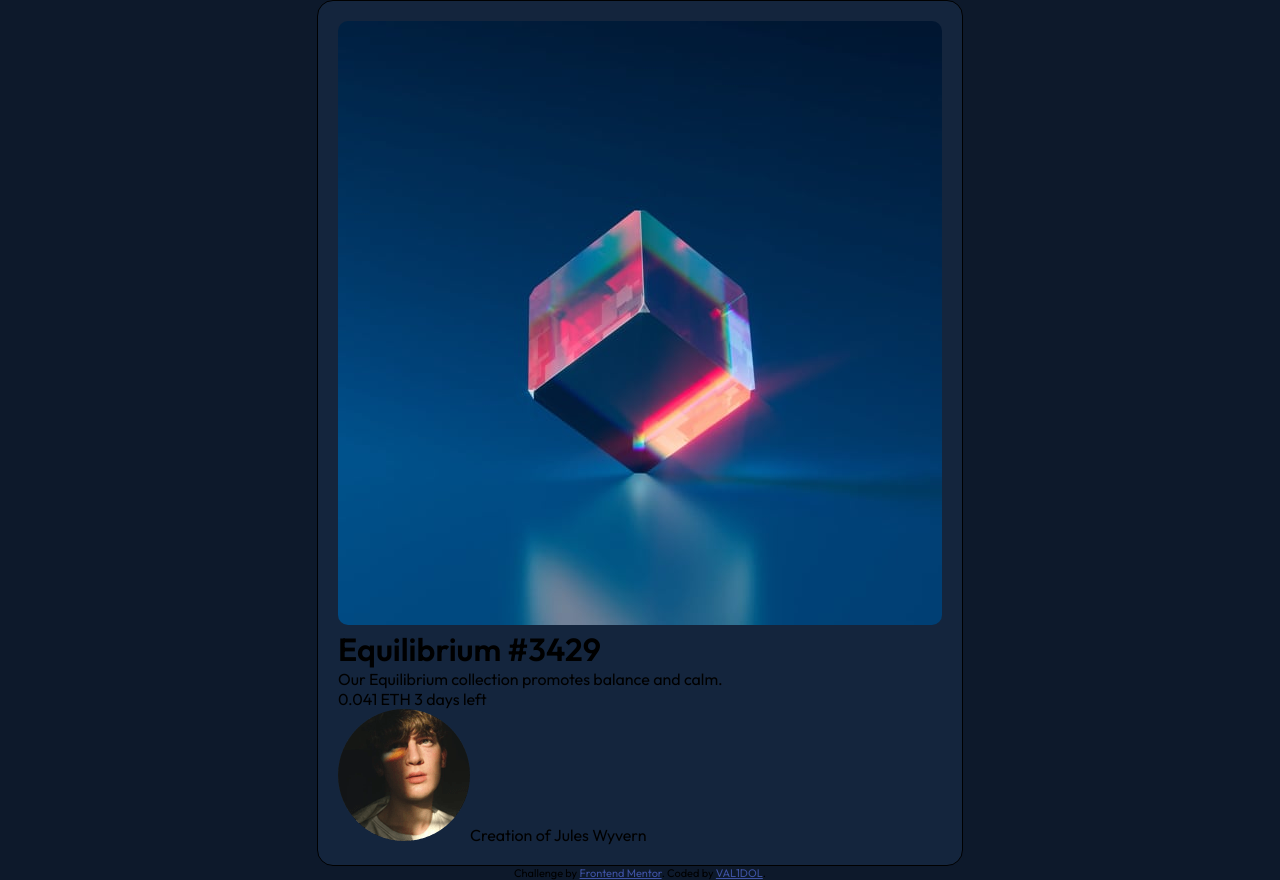
Repository: VAL1DOL-web/fm-NFT-preview-card-component
Page: index.html
An editor plug-in stored every save of this project. The page is shown before and after the next save, followed by the edit.
The browser window is 1280 px wide. The pictures show the whole page.

Above is the page before, as saved 2024-01-07 15:06:50.

### index.html
<!DOCTYPE html>
<html lang="en">
<head>
  <meta charset="UTF-8">
  <meta name="viewport" content="width=device-width, initial-scale=1.0"> <!-- displays site properly based on user's device -->

  <link rel="icon" type="image/png" sizes="32x32" href="./images/favicon-32x32.png">
  <link rel="stylesheet" href="style.css">

  <title>NFT preview card component</title>

  <!-- Feel free to remove these styles or customise in your own stylesheet 👍 -->
  <style>
    .attribution { font-size: 11px; text-align: center; }
    .attribution a { color: hsl(228, 45%, 44%); }
  </style>
</head>
<body>
  <div class="container">
    <div class="imgbox">
      <img src="images/image-equilibrium.jpg" alt="">
    </div>
    <div class="textbox">
      <h1>Equilibrium #3429</h1>
    <p>Our Equilibrium collection promotes balance and calm.</p>
    0.041 ETH
    3 days left
    </div>
    <p class="avatar">
      <img src="/images/image-avatar.png" alt="" />Creation of Jules Wyvern
    </p>
  </div>
  <div class="attribution">
    Challenge by <a href="https://www.frontendmentor.io?ref=challenge" target="_blank">Frontend Mentor</a>.
    Coded by <a href="https://github.com/VAL1DOL-web">VAL1DOL</a>.
  </div>
</body>
</html>

### style.css
@import url('https://fonts.googleapis.com/css2?family=Outfit:wght@300;400;600&display=swap');

* {
    font-family: 'Outfit', sans-serif;
    margin: 0;
    padding: 0;
    box-sizing: border-box;
  }

body {
    width: 100%;
    min-height: 100vh;
    display: flex;
    flex-direction: column;
    justify-content: center;
    align-items: center;
    background: hsl(217, 54%, 11%);
  }
  .container {

    background-color: hsl(216, 50%, 16%);
    border-radius: 16px;
    border: 1px solid;
    padding: 20px;
  }

  .container .imgbox img {
    width: 100%;
    border-radius: 10px;
  }

After the next save:
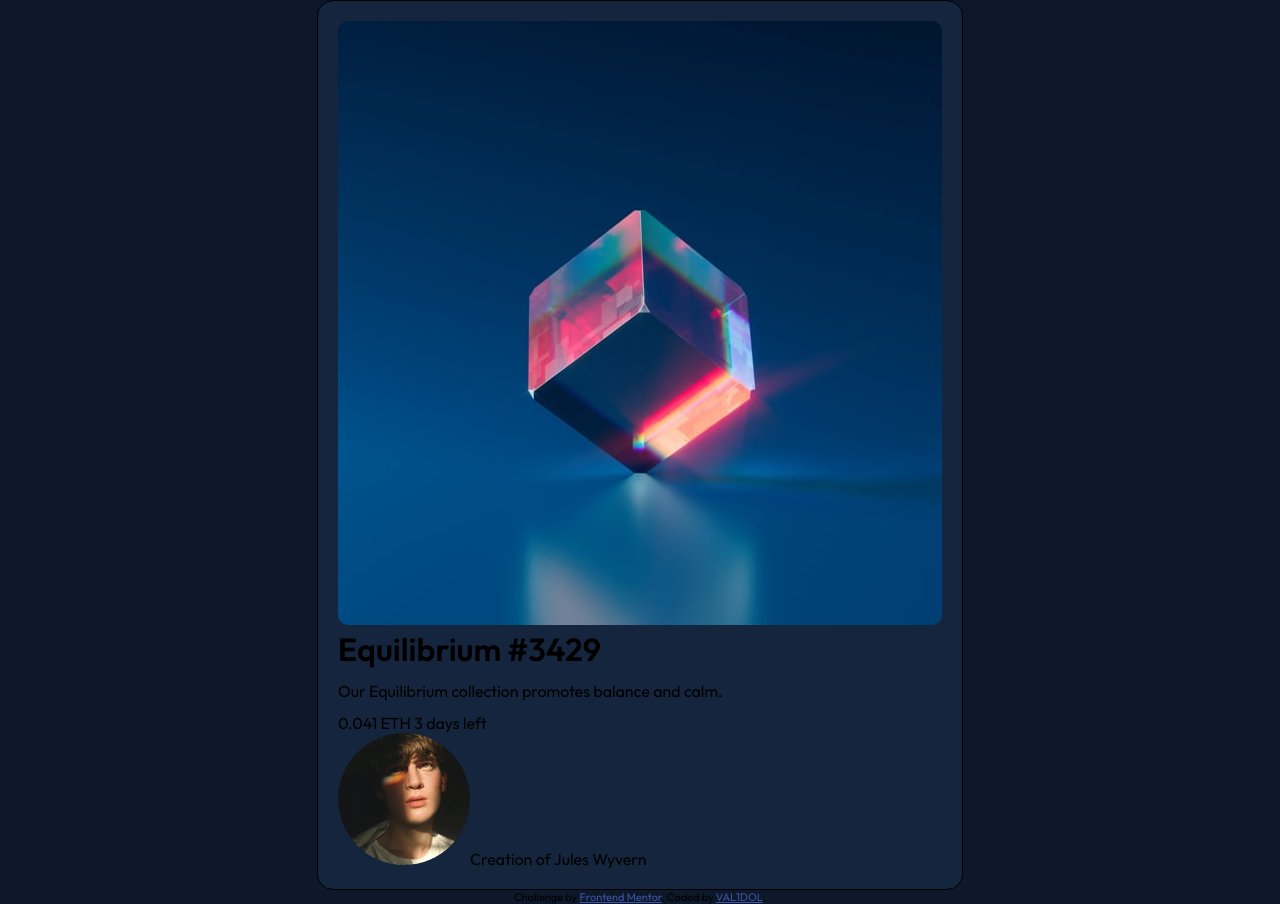
Saved 29 s later.
--- a/style.css
+++ b/style.css
@@ -28,3 +28,8 @@ body {
     width: 100%;
     border-radius: 10px;
   }
+  .container .textbox {
+    display: flex;
+    flex-direction: column;
+    gap: 12px;
+  }
